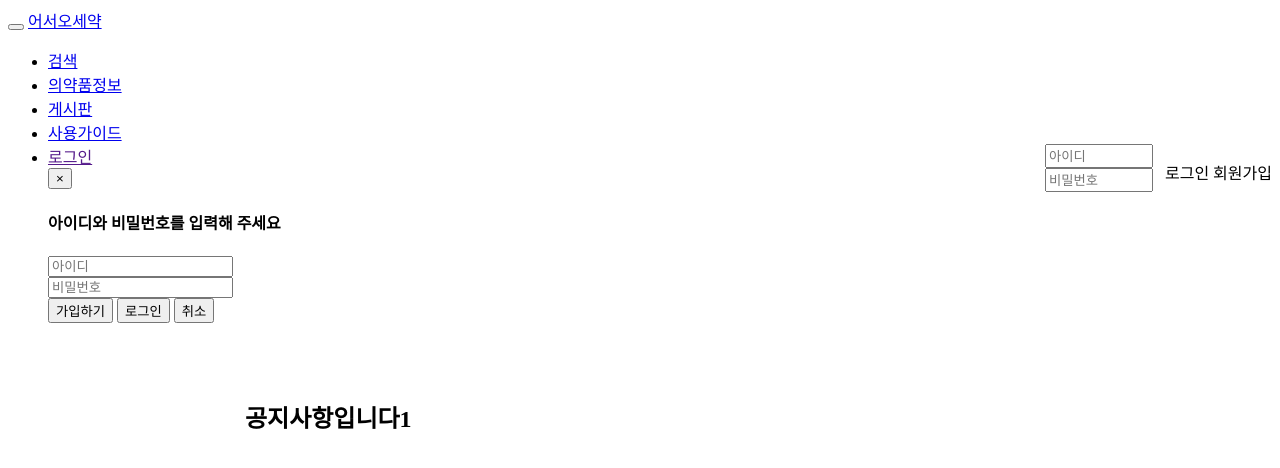
Repository: letzbegin/Study
Page: http://localhost/portfolio/WEB-INF/views/include/header.jsp
The author's editor kept a copy of each file at every save. The page is drawn from the files as they stood at one save, then again after the next save.
The browser window is 1280 px wide. The pictures show the whole page.
The page is served by Tomcat 9. Nobody is signed in. Other server files are loaded and not shown. The template is opened directly, without the code that normally fills it, so the values that code supplies are empty.

Above is the page before, as saved 2018-10-15 04:58:53.
Console error: ReferenceError: $ is not defined

### pol/portfolio/src/main/webapp/WEB-INF/views/include/header.jsp
<%@ page language="java" contentType="text/html; charset=UTF-8"
	pageEncoding="UTF-8"%>
<%@ taglib uri="http://java.sun.com/jsp/jstl/core" prefix="c"%>
<!DOCTYPE html>
<html>
<head>
<meta http-equiv="Content-Type" content="text/html; charset=UTF-8">
<title>Insert title here</title>
</head>
<style type="text/css">
.rolling_panel {
	position: relative;
	width: 800px;
	height: 100px;
	margin: 0 auto;
	padding: 0;
	overflow: hidden;
}

.rolling_panel ul {
	position: absolute;
	margin: 5px;
	padding: 0;
	list-style: none;
}

.rolling_panel ul li {
	float: left;
	width: 800px;
	height: 100px;
}
</style>

<body>

	<nav class="navbar navbar-default navbar-fixed-top">
		<div class="container">
			<div class="navbar-header">
				<button type="button" class="navbar-toggle" data-toggle="collapse"
					data-target="#myNavbar">
					<span class="icon-bar"></span> <span class="icon-bar"></span> <span
						class="icon-bar"></span>
				</button>
				<a class="navbar-brand" href="home">어서오세약</a>
			</div>
			<div class="collapse navbar-collapse" id="myNavbar">
				<ul class="nav navbar-nav navbar-right">
					<li><a href="search">검색</a></li>
					<li><a href="pillnon">의약품정보</a></li>
					<li><a href="list.bo">게시판</a></li>
					<li><a href="guide">사용가이드</a></li>
					<li>
						<!-- 로그인한 경우: 사용자정보, 로그아웃버튼 --> <c:if test="${!empty login_info }">
							<p style="float: right;">
								${login_info.userid } [ ${ login_info.name } ] <a
									class="btn-fill" onclick="go_logout()">로그아웃</a>
							</p>
						</c:if> <!-- 로그인하지 않은 경우: 아이디/비번 입력항목, 로그인/회원가입버튼 --> <c:if
							test="${empty login_info }">
							<p style="float: right;">
								<a class="btn-fill" onclick="go_login()">로그인</a> <a
									class="btn-fill" onclick="location='member'">회원가입</a>
							</p>
							<span style="width: 120px; float: right;"> <input
								type="text" style="width: 100px; height: 18px;" id="userid"
								placeholder="아이디" /> <input type="password"
								style="width: 100px; height: 18px;"
								onkeypress="if( event.keyCode==13) go_login()" id="userpwd"
								placeholder="비밀번호" />
							</span>
						</c:if>
						 <c:if test="${!empty user_info }">
							<a id="login_tl" href="" onclick="go_logout()">${user_info }</a>
						</c:if> <c:if test="${empty user_info }">
							<a id="login_tl" data-toggle="modal" href=""
								data-target="#myModal">로그인</a>
							<!-- Modal -->
							<div class="modal fade" id="myModal" role="dialog">
								<div class="modal-dialog">
									<!-- Modal content-->
									<div class="modal-content">
										<div class="modal-header">
											<button type="button" class="close" data-dismiss="modal">&times;</button>
											<h4 class="modal-title">아이디와 비밀번호를 입력해 주세요</h4>
										</div>
										<div class="modal-body">
											<div class="input-group">
												<span class="input-group-addon"><i
													class="glyphicon glyphicon-user"></i></span> <input id="userid"
													type="text" class="form-control" name="userid"
													placeholder="아이디">
											</div>
											<div class="input-group">
												<span class="input-group-addon"><i
													class="glyphicon glyphicon-lock"></i></span> <input id="userpwd"
													type="password" class="form-control" name="userpwd"
													placeholder="비밀번호">
											</div>
										</div>
										<div class="modal-footer">
											<button type="button" class="btn btn-default"
												data-dismiss="modal" onclick="go_Login()">가입하기</button>
											<button type="button" class="btn btn-default"
												data-dismiss="modal" onclick="go_Login()">로그인</button>
											<button type="button" class="btn btn-default"
												data-dismiss="modal">취소</button>
										</div>
									</div>
								</div>
							</div>
						</c:if>
					</li>
				</ul>
			</div>
		</div>
	</nav>

	<div class="jumbotron text-center"
		style="margin-bottom: 0; padding: 0;">
		<br> <br>
		<div class="rolling_panel">

			<ul>
				<li><h2>공지사항입니다1</h2></li>
				<li><h2>공지사항입니다2</h2></li>
				<li><h2>공지사항입니다3</h2></li>
				<li><h2>공지사항입니다4</h2></li>
			</ul>
		</div>
		<a href="javascript:void(0)" id="prev"><span
			class="glyphicon glyphicon-triangle-left"></span></a> <a
			href="javascript:void(0)" id="next"><span
			class="glyphicon glyphicon-triangle-right"></span></a>
	</div>

</body>
<script type="text/javascript">
	$(document).ready(function() {

		var $panel = $(".rolling_panel").find("ul");

		var itemWidth = $panel.children().outerWidth(); // 아이템 가로 길이
		var itemLength = $panel.children().length; // 아이템 수

		// Auto 롤링 아이디
		var rollingId;

		auto();

		// 배너 마우스 오버 이벤트
		$panel.mouseover(function() {
			clearInterval(rollingId);
		});

		// 배너 마우스 아웃 이벤트
		$panel.mouseout(function() {
			auto();
		});

		// 이전 이벤트
		$("#prev").on("click", prev);

		$("#prev").mouseover(function(e) {
			clearInterval(rollingId);
		});

		$("#prev").mouseout(auto);

		// 다음 이벤트
		$("#next").on("click", next);

		$("#next").mouseover(function(e) {
			clearInterval(rollingId);
		});

		$("#next").mouseout(auto);

		function auto() {

			// 2초마다 start 호출
			rollingId = setInterval(function() {
				start();
			}, 2000);
		}

		function start() {
			$panel.css("width", itemWidth * itemLength);
			$panel.animate({
				"left" : -itemWidth + "px"
			}, function() {

				// 첫번째 아이템을 마지막에 추가하기
				$(this).append("<li>" + $(this).find("li:first").html() + "</li>");

				// 첫번째 아이템을 삭제하기
				$(this).find("li:first").remove();

				// 좌측 패널 수치 초기화
				$(this).css("left", 0);
			});
		}

		// 이전 이벤트 실행
		function prev(e) {
			$panel.css("left", -itemWidth);
			$panel.prepend("<li>" + $panel.find("li:last").html() + "</li>");
			$panel.animate({
				"left" : "0px"
			}, function() {
				$(this).find("li:last").remove();
			});
		}

		// 다음 이벤트 실행
		function next(e) {
			$panel.animate({
				"left" : -itemWidth + "px"
			}, function() {
				$(this).append("<li>" + $(this).find("li:first").html() + "</li>");
				$(this).find("li:first").remove();
				$(this).css("left", 0);
			});
		}
	});

	function go_Login() {
		$.ajax({
			url : 'login',
			type : 'post',
			data : {
				userid : $('#userid').val(),
				userpwd : $('#userpwd').val()
			},
			success : function(data) {
				if (data == "fail") {
					alert("아이디 또는 비밀번호가 다릅니다!");
					$('#userid').val('');
					$('#userpwd').val('');
				} else
					console.log(data);
				$('#login_tl').text(data);
			// 					location.reload();
			},
			error : function(req, textStatus, err) {
				alert(textStatus + "(" + req.status + ") : " + err);
			}
		});
	}

	function go_logout() {
		$.ajax({
			url : 'logout',
			type : 'post',
			data : {
				userid : $('#userid').val(),
				userpwd : $('#userpwd').val()
			},
			success : function() {
				location.reload();
			},
			error : function(req, textStatus, err) {
				alert(textStatus + "(" + req.status + ") : " + err);
			}
		});
	}
</script>
</html>

After the next save:
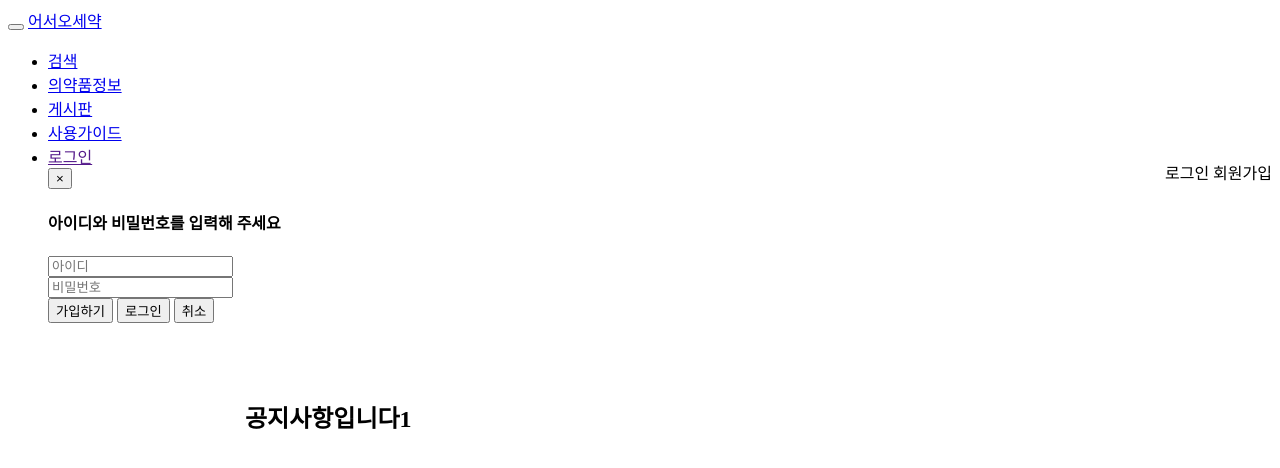
Saved 21 s later.
--- a/pol/portfolio/src/main/webapp/WEB-INF/views/include/header.jsp
+++ b/pol/portfolio/src/main/webapp/WEB-INF/views/include/header.jsp
@@ -61,13 +61,6 @@
 								<a class="btn-fill" onclick="go_login()">로그인</a> <a
 									class="btn-fill" onclick="location='member'">회원가입</a>
 							</p>
-							<span style="width: 120px; float: right;"> <input
-								type="text" style="width: 100px; height: 18px;" id="userid"
-								placeholder="아이디" /> <input type="password"
-								style="width: 100px; height: 18px;"
-								onkeypress="if( event.keyCode==13) go_login()" id="userpwd"
-								placeholder="비밀번호" />
-							</span>
 						</c:if>
 						 <c:if test="${!empty user_info }">
 							<a id="login_tl" href="" onclick="go_logout()">${user_info }</a>
